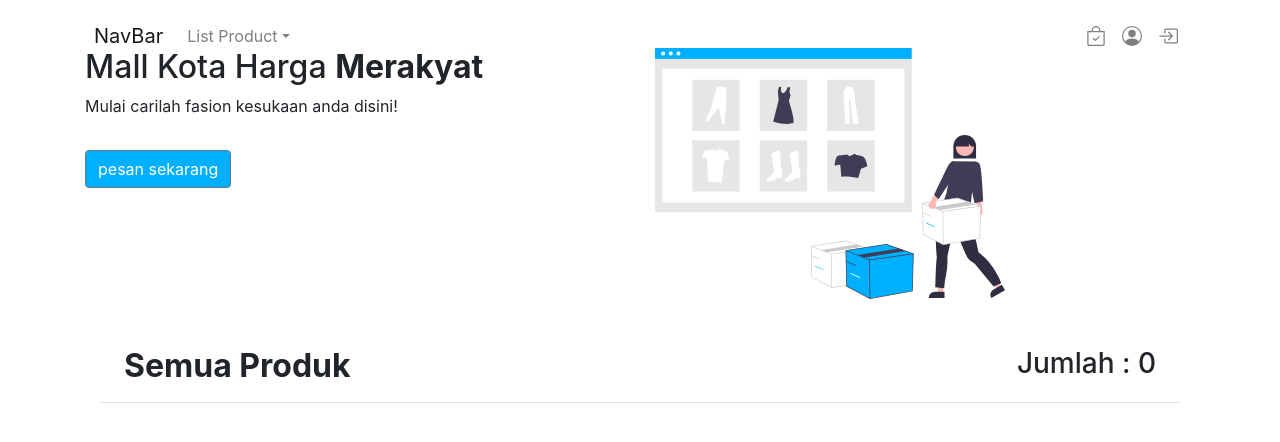
Repository: AHSANS354/ecommerce-catalog
Page: /
An editor plug-in stored every save of this project. The page is shown before and after the next save, followed by the edit.
The browser window is 1280 px wide. The pictures show the whole page.
The page's requests for data from a server got no answer. The project was rebuilt for these pictures with package versions that can differ from the ones it lists, and the page was loaded fresh each time. No one was signed in, and anything a server would have sent is missing. Also part of the build but not shown: vue.config.js, src/components/CardProduct.vue.

Above is the page before, as saved 2023-03-01 22:45:35.

### src/main.js
import Vue from "vue";
import App from "./App.vue";
import router from "./router";
import { BootstrapVue, IconsPlugin } from "bootstrap-vue";
// Import Bootstrap and BootstrapVue CSS files (order is important)
import "bootstrap/dist/css/bootstrap.css";
import "bootstrap-vue/dist/bootstrap-vue.css";
import "./assets/style/main.css";

// Make BootstrapVue available throughout your project
Vue.use(BootstrapVue);
// Optionally install the BootstrapVue icon components plugin
Vue.use(IconsPlugin);

Vue.config.productionTip = false;

new Vue({
  router,
  render: (h) => h(App),
}).$mount("#app");

### src/App.vue
<template>
  <div id="app">
    <router-view />
  </div>
</template>

### src/assets/style/main.css
.btn.btn-secondary {
  background-color: #00b0ff !important;
}

.card-img-top {
  height: 18rem;
}

.card {
  padding: 2rem;
}

.deskripsi {
  display: -webkit-box;
  -webkit-line-clamp: 3;
  -webkit-box-orient: vertical;
  overflow: hidden;
  text-overflow: ellipsis;
}

.title {
  display: -webkit-box;
  -webkit-line-clamp: 2;
  -webkit-box-orient: vertical;
  overflow: hidden;
  text-overflow: ellipsis;
}

### src/views/HomeView.vue
<template>
  <div class="home">
    <navbar-view />
    <div class="container mt-5">
      <div class="row">
        <div class="col-md-6">
          <h2>Mall Kota Harga <strong>Merakyat</strong></h2>
          <p>Mulai carilah fasion kesukaan anda disini!</p>

          <b-button class="mt-3"> pesan sekarang </b-button>
        </div>
        <div class="col-md-6">
          <img
            src="../assets/images/undraw_web_shopping_re_owap.svg"
            alt="foto"
            width="350"
          />
        </div>
      </div>

      <div class="row border-bottom m-3 p-2">
        <div class="col d-flex justify-content-between mt-4">
          <h2><strong>Semua Produk</strong></h2>
          <h3>
            Jumlah :
            {{ products.length }}
          </h3>
        </div>
      </div>

      <div class="row">
        <div class="col-md-4" v-for="product in products" :key="product.id">
          <card-product :product="product" />
        </div>
      </div>
    </div>
  </div>
</template>

<script>
import NavbarView from "@/components/NavbarView.vue";
import CardProduct from "@/components/CardProduct.vue";
import axios from "axios";
// @ is an alias to /src

export default {
  name: "HomeView",
  components: {
    NavbarView,
    CardProduct,
  },
  data() {
    return {
      products: [],
    };
  },
  methods: {
    setProduct(data) {
      this.products = data;
    },
  },
  mounted() {
    axios
      .get("https://fakestoreapi.com/products")
      .then((response) => this.setProduct(response.data))
      .catch((error) => console.log(error));
  },
};
</script>

### src/components/NavbarView.vue
<template>
  <div class="container p-2 fixed-top">
    <b-navbar toggleable="lg" type="light">
      <router-link class="navbar-brand" to="/">NavBar</router-link>

      <b-navbar-toggle target="nav-collapse"></b-navbar-toggle>

      <b-collapse id="nav-collapse" is-nav>
        <b-navbar-nav>
          <b-nav-item-dropdown text="List Product" right>
            <router-link class="dropdown-item" to="/">EN</router-link>
            <router-link class="dropdown-item" to="/">ES</router-link>
            <router-link class="dropdown-item" to="/">RU</router-link>
            <router-link class="dropdown-item" to="/">FA</router-link>
          </b-nav-item-dropdown>
        </b-navbar-nav>

        <!-- Right aligned nav items -->
        <b-navbar-nav class="ml-auto">
          <router-link to="/"
            ><b-nav-item><b-icon-bag-check></b-icon-bag-check></b-nav-item
          ></router-link>
          <router-link to="/"
            ><b-nav-item
              ><b-icon-person-circle></b-icon-person-circle></b-nav-item
          ></router-link>
          <router-link to="/"
            ><b-nav-item
              ><b-icon-box-arrow-in-right></b-icon-box-arrow-in-right></b-nav-item
          ></router-link>
        </b-navbar-nav>
      </b-collapse>
    </b-navbar>
  </div>
</template>

<script>
export default {
  name: "NavbarView",
};
</script>

<style>
</style>

Loaded but not shown: public/index.html (common file); src/router/index.js (common file)

After the next save:
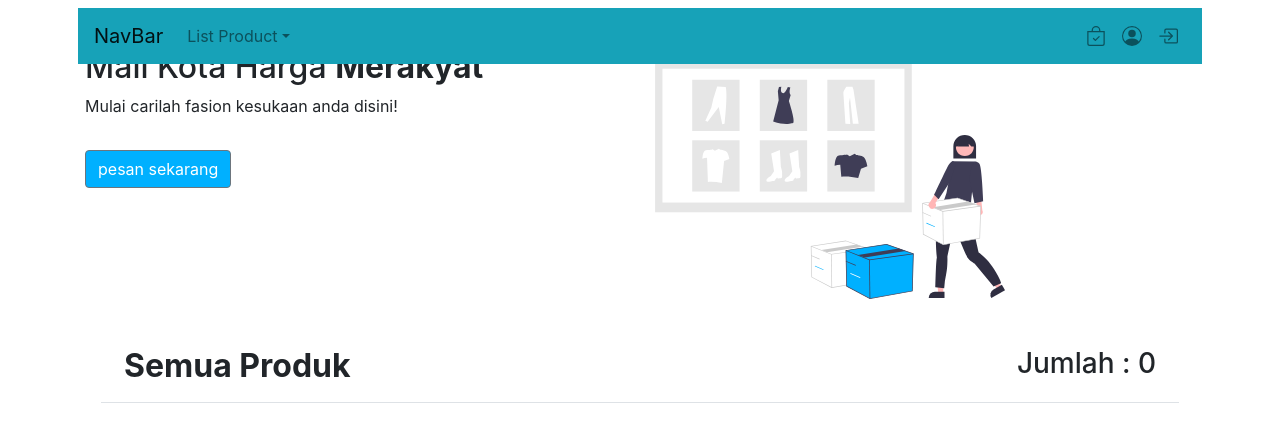
Saved 31 s later.
--- a/src/components/NavbarView.vue
+++ b/src/components/NavbarView.vue
@@ -1,6 +1,6 @@
 <template>
   <div class="container p-2 fixed-top">
-    <b-navbar toggleable="lg" type="light">
+    <b-navbar toggleable="lg" type="light" variant="info">
       <router-link class="navbar-brand" to="/">NavBar</router-link>
 
       <b-navbar-toggle target="nav-collapse"></b-navbar-toggle>

After the save that followed:
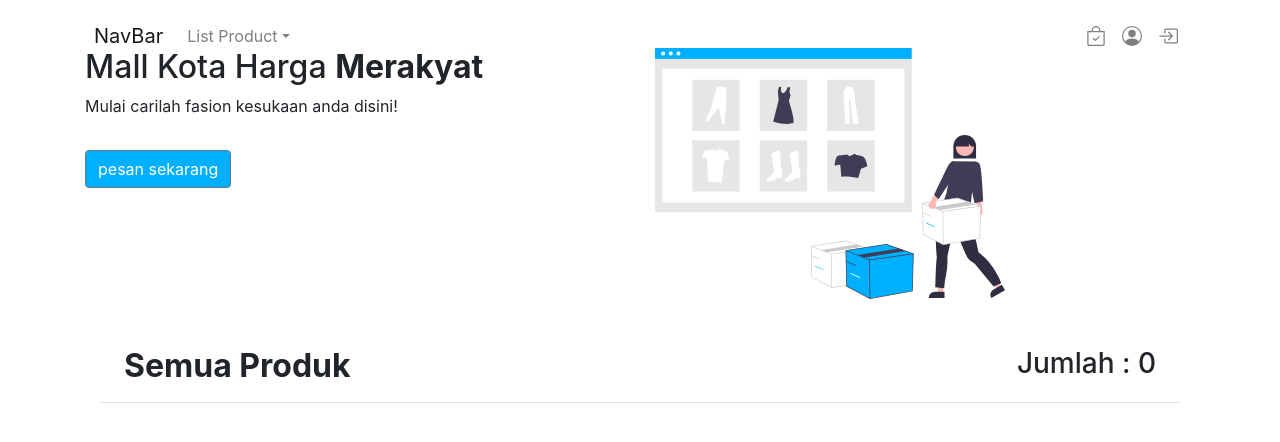
Saved 18 s later.
--- a/src/components/NavbarView.vue
+++ b/src/components/NavbarView.vue
@@ -1,6 +1,6 @@
 <template>
   <div class="container p-2 fixed-top">
-    <b-navbar toggleable="lg" type="light" variant="info">
+    <b-navbar toggleable="lg" type="light">
       <router-link class="navbar-brand" to="/">NavBar</router-link>
 
       <b-navbar-toggle target="nav-collapse"></b-navbar-toggle>
